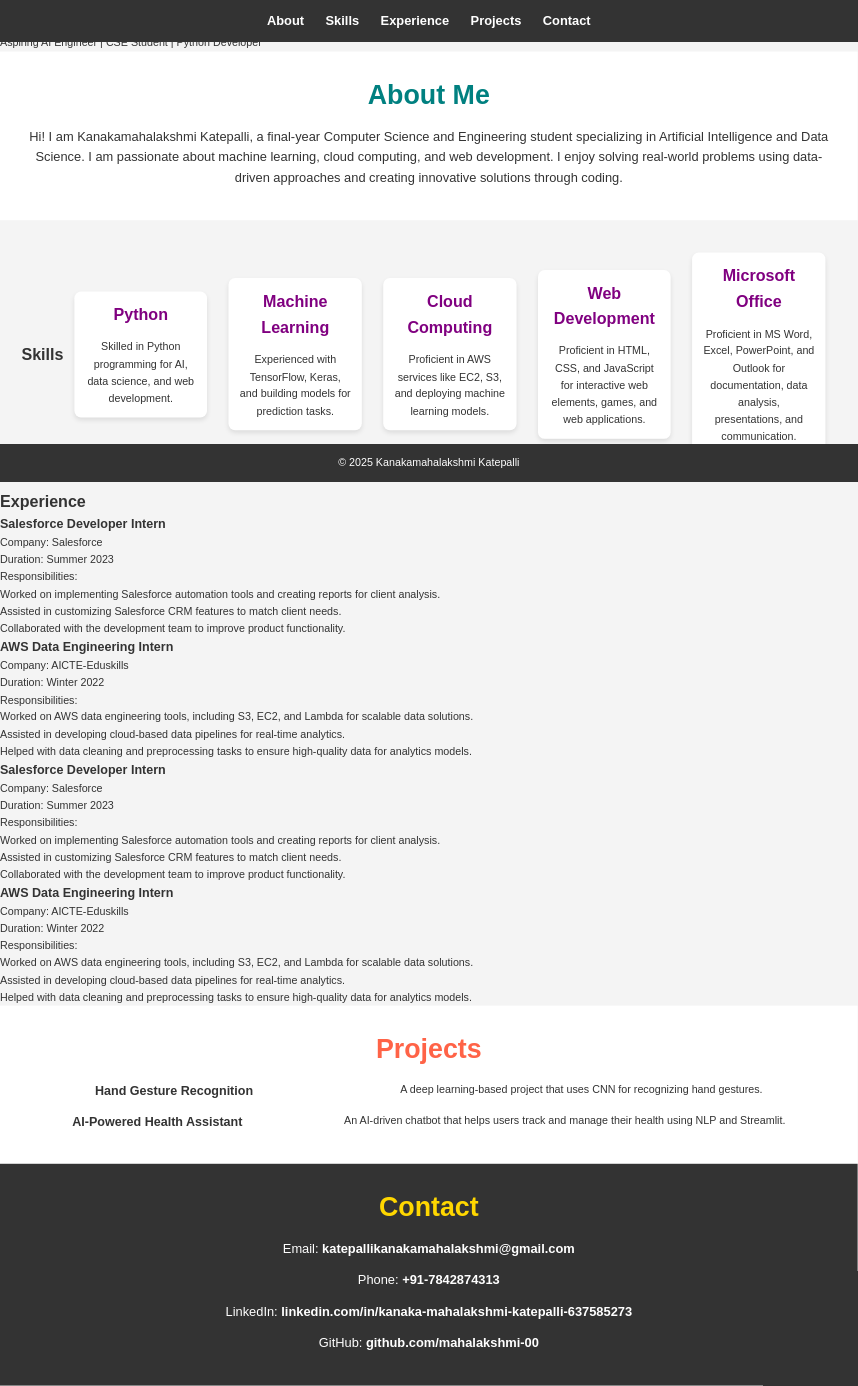
Repository: mahalakshmi-00/My-Portfolio
Page: index.html
An editor plug-in stored every save of this project. The page is shown before and after a run of saves, followed by the edit.
The browser window is 1280 px wide. The pictures show the whole page, at 67% of full size.

Above is the page before, as saved 2025-04-29 16:23:39.

### index.html
<!DOCTYPE html>
<html lang="en">
<head>
    <meta charset="UTF-8">
    <meta name="viewport" content="width=device-width, initial-scale=1.0">
    <title>Kanakamahalakshmi Katepalli - Portfolio</title>
    <link rel="stylesheet" href="style.css">
</head>
<body>

    <!-- Header Section -->
    <header id="header">
        <h1>Kanakamahalakshmi Katepalli</h1>
        <p>Aspiring AI Engineer | CSE Student | Python Developer</p>
        <nav>
            <ul>
                <li><a href="#about">About</a></li>
                <li><a href="#skills">Skills</a></li>
                <li><a href="#experience">Experience</a></li>
                <li><a href="#projects">Projects</a></li>
                <li><a href="#contact">Contact</a></li>
            </ul>
        </nav>
    </header>

    <!-- About Section -->
    <section id="about">
        <h2>About Me</h2>
        <p>Hi! I am Kanakamahalakshmi Katepalli, a final-year Computer Science and Engineering student specializing in Artificial Intelligence and Data Science. I am passionate about machine learning, cloud computing, and web development. I enjoy solving real-world problems using data-driven approaches and creating innovative solutions through coding.</p>
    </section>

    <!-- Skills Section -->
    <section id="skills">
        <h2>Skills</h2>
        <div class="skill-card">
            <h3>Python</h3>
            <p>Skilled in Python programming for AI, data science, and web development.</p>
        </div>
        <div class="skill-card">
            <h3>Machine Learning</h3>
            <p>Experienced with TensorFlow, Keras, and building models for prediction tasks.</p>
        </div>
        <div class="skill-card">
            <h3>Cloud Computing</h3>
            <p>Proficient in AWS services like EC2, S3, and deploying machine learning models.</p>
        </div>
        <div class="skill-card">
            <h3>Web Development</h3>
            <p>Proficient in HTML, CSS, and JavaScript for interactive web elements, games, and web applications.</p>
        </div>
        <!-- Adding Microsoft Office tools -->
        <div class="skill-card">
            <h3>Microsoft Office</h3>
            <p>Proficient in MS Word, Excel, PowerPoint, and Outlook for documentation, data analysis, presentations, and communication.</p>
        </div>
    </section>

    <!-- Experience Section -->
    <section id="experience">
        <h2>Experience</h2>
        <div class="experience-card">
            <h3>Salesforce Developer Intern</h3>
            <p>Company: Salesforce</p>
            <p>Duration: Summer 2023</p>
            <p>Responsibilities:
                <ul>
                    <li>Worked on implementing Salesforce automation tools and creating reports for client analysis.</li>
                    <li>Assisted in customizing Salesforce CRM features to match client needs.</li>
                    <li>Collaborated with the development team to improve product functionality.</li>
                </ul>
            </p>
        </div>
        <div class="experience-card">
            <h3>AWS Data Engineering Intern</h3>
            <p>Company: AICTE-Eduskills</p>
            <p>Duration: Winter 2022</p>
            <p>Responsibilities:
                <ul>
                    <li>Worked on AWS data engineering tools, including S3, EC2, and Lambda for scalable data solutions.</li>
                    <li>Assisted in developing cloud-based data pipelines for real-time analytics.</li>
                    <li>Helped with data cleaning and preprocessing tasks to ensure high-quality data for analytics models.</li>
                </ul>
            </p>
        </div>
        <!-- Previous Internship Experience -->
        <div class="experience-card">
            <h3>Salesforce Developer Intern</h3>
            <p>Company: Salesforce</p>
            <p>Duration: Summer 2023</p>
            <p>Responsibilities:
                <ul>
                    <li>Worked on implementing Salesforce automation tools and creating reports for client analysis.</li>
                    <li>Assisted in customizing Salesforce CRM features to match client needs.</li>
                    <li>Collaborated with the development team to improve product functionality.</li>
                </ul>
            </p>
        </div>
        <div class="experience-card">
            <h3>AWS Data Engineering Intern</h3>
            <p>Company: AICTE-Eduskills</p>
            <p>Duration: Winter 2022</p>
            <p>Responsibilities:
                <ul>
                    <li>Worked on AWS data engineering tools, including S3, EC2, and Lambda for scalable data solutions.</li>
                    <li>Assisted in developing cloud-based data pipelines for real-time analytics.</li>
                    <li>Helped with data cleaning and preprocessing tasks to ensure high-quality data for analytics models.</li>
                </ul>
            </p>
        </div>
    </section>

    <!-- Projects Section -->
    <section id="projects">
        <h2>Projects</h2>
        <div class="project-card">
            <h3>Hand Gesture Recognition</h3>
            <p>A deep learning-based project that uses CNN for recognizing hand gestures.</p>
        </div>
        <div class="project-card">
            <h3>AI-Powered Health Assistant</h3>
            <p>An AI-driven chatbot that helps users track and manage their health using NLP and Streamlit.</p>
        </div>
    </section>

    <!-- Contact Section -->
    <section id="contact">
        <h2>Contact</h2>
        <p>Email: <a href="mailto:katepallikanakamahalakshmi@gmail.com">katepallikanakamahalakshmi@gmail.com</a></p>
        <p>Phone: <a href="tel:+917842874313">+91-7842874313</a></p>
        <p>LinkedIn: <a href="https://www.linkedin.com/in/kanaka-mahalakshmi-katepalli-637585273/">linkedin.com/in/kanaka-mahalakshmi-katepalli-637585273</a></p>
        <p>GitHub: <a href="https://github.com/mahalakshmi-00">github.com/mahalakshmi-00</a></p>
    </section>

    <!-- Footer Section -->
    <footer>
        <p>© 2025 Kanakamahalakshmi Katepalli</p>
    </footer>

</body>
</html>

### style.css
/* General Reset */
* {
    margin: 0;
    padding: 0;
    box-sizing: border-box;
}

body {
    font-family: Arial, sans-serif;
    line-height: 1.6;
    background: #f4f4f4;
    color: #333;
}

/* Navigation Bar */
nav {
    background: #333;
    padding: 1rem;
    position: fixed;
    width: 100%;
    top: 0;
    left: 0;
    z-index: 1000;
}

nav ul {
    display: flex;
    justify-content: center;
}

nav ul li {
    list-style: none;
    margin: 0 1rem;
}

nav ul li a {
    color: #fff;
    text-decoration: none;
    font-weight: bold;
    font-size: 1.2rem;
}

/* Home Section */
#home {
    height: 100vh;
    display: flex;
    flex-direction: column;
    align-items: center;
    justify-content: center;
    background: url('images/background.jpg') no-repeat center center/cover;
    background-size: cover;
    color: #fff;
    text-align: center;
    position: relative;
    overflow: hidden;
}

#home::before {
    content: "";
    position: absolute;
    top: 0;
    left: 0;
    width: 100%;
    height: 100%;
    background: rgba(0, 0, 0, 0.5); /* Dark overlay for better text contrast */
    z-index: 0;
}

#home .content {
    z-index: 1;
    padding: 1rem;
    text-transform: uppercase;
    letter-spacing: 1px;
}

#home h1 {
    font-size: 3.5rem;
    font-weight: 700;
    color: #ff7f50; /* Coral color for name */
    margin-bottom: 1rem;
}

#home p {
    font-size: 1.5rem;
    font-weight: 300;
    margin-bottom: 1rem;
    max-width: 600px;
    margin-left: auto;
    margin-right: auto;
}

#home .contact-info {
    font-size: 1.2rem;
    font-weight: 500;
}

#home .contact-info a {
    color: #ff7f50;
    text-decoration: none;
    margin: 0 10px;
}

#home .contact-info a:hover {
    text-decoration: underline;
}

/* About Section */
#about {
    padding: 2rem;
    background: #fff;
    text-align: center;
}

#about h2 {
    font-size: 2.5rem;
    margin-bottom: 1rem;
    color: #008080; /* Teal color */
}

#about p {
    font-size: 1.2rem;
    margin-bottom: 1rem;
}

/* Skills Section */
#skills {
    display: flex;
    justify-content: center;
    align-items: center;
    background: #f4f4f4;
    padding: 2rem;
}

.skill-card {
    background: #fff;
    border-radius: 10px;
    margin: 1rem;
    padding: 1rem;
    width: 200px;
    box-shadow: 0 4px 8px rgba(0, 0, 0, 0.1);
    text-align: center;
}

.skill-card h3 {
    margin-bottom: 1rem;
    font-size: 1.5rem;
    color: #800080; /* Purple color */
}

.skill-card p {
    font-size: 1rem;
}

/* Projects Section */
#projects {
    padding: 2rem;
    background: #fff;
}

#projects h2 {
    font-size: 2.5rem;
    margin-bottom: 1rem;
    text-align: center;
    color: #ff6347; /* Tomato color */
}

.project-card {
    display: flex;
    justify-content: space-around;
    margin: 1rem 0;
}

.project-card img {
    width: 100%;
    max-width: 250px;
    height: auto;
    border-radius: 10px;
}

.project-info {
    max-width: 600px;
    margin-left: 2rem;
}

.project-info h3 {
    font-size: 2rem;
    margin-bottom: 1rem;
    color: #4682b4; /* Steel Blue color */
}

.project-info p {
    font-size: 1.2rem;
    margin-bottom: 1rem;
}

/* Contact Section */
#contact {
    padding: 2rem;
    background: #333;
    color: #fff;
    text-align: center;
}

#contact h2 {
    font-size: 2.5rem;
    margin-bottom: 1rem;
    color: #ffd700; /* Gold color */
}

#contact p {
    font-size: 1.2rem;
    margin-bottom: 1rem;
}

#contact a {
    color: #fff;
    text-decoration: none;
    font-weight: bold;
}

/* Footer */
footer {
    background: #333;
    color: #fff;
    text-align: center;
    padding: 1rem;
    position: fixed;
    width: 100%;
    bottom: 0;
}

After the next 3 saves:
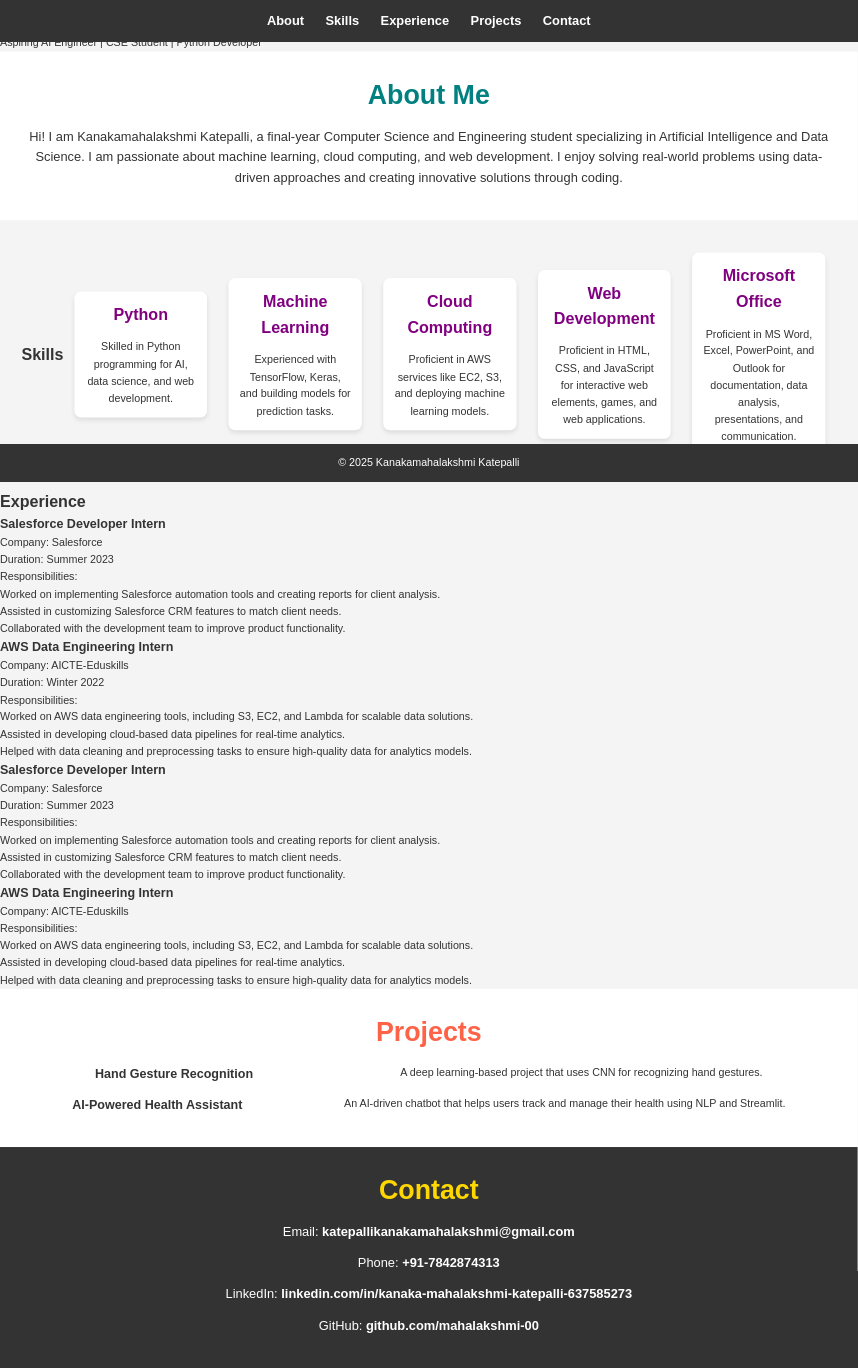
The 3 saves are shown as one change because they came seconds apart.
The last was saved 20 s later.
--- a/index.html
+++ b/index.html
@@ -98,7 +98,6 @@
         <div class="experience-card">
             <h3>AWS Data Engineering Intern</h3>
             <p>Company: AICTE-Eduskills</p>
-            <p>Duration: Winter 2022</p>
             <p>Responsibilities:
                 <ul>
                     <li>Worked on AWS data engineering tools, including S3, EC2, and Lambda for scalable data solutions.</li>
